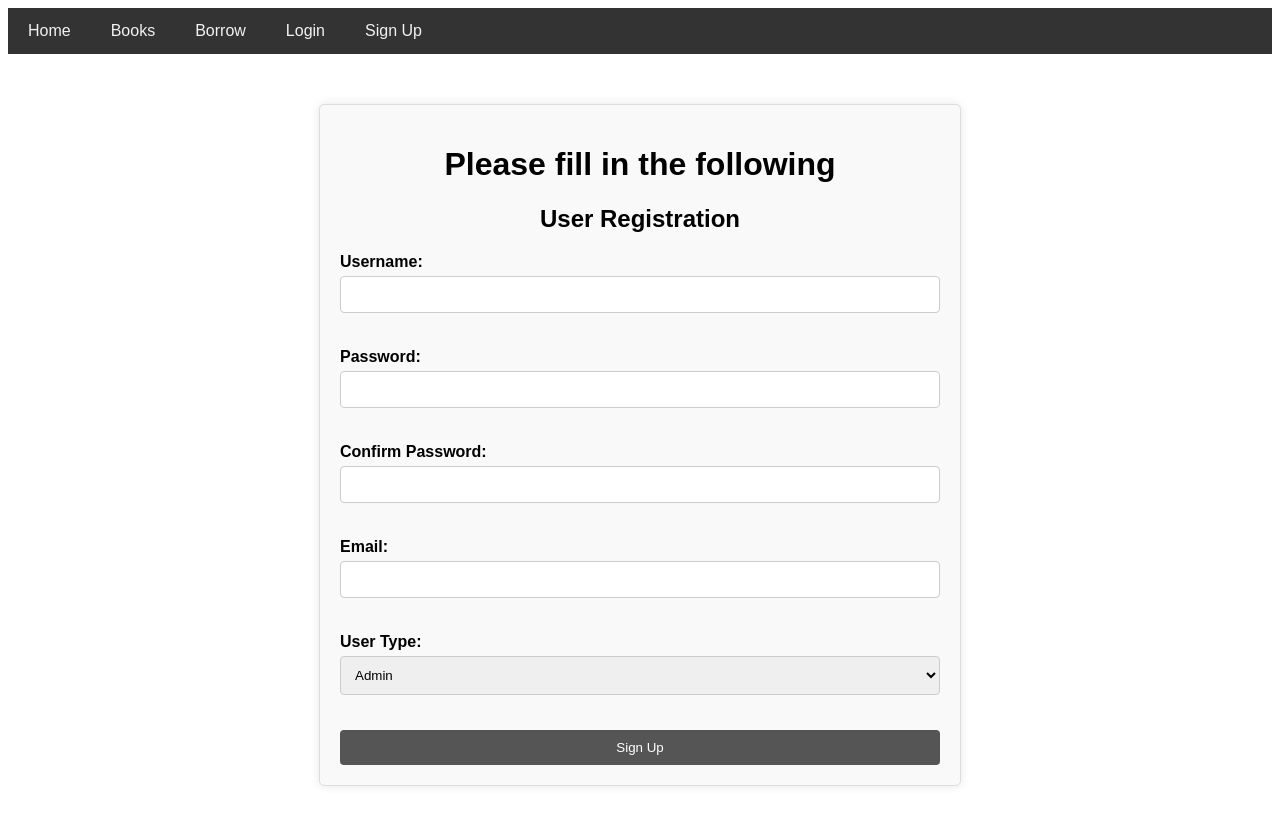
Repository: fadyesk12/Web-Technology-Course-Project
Page: auth/signup.html
An editor plug-in stored every save of this project. The page is shown before and after the next save, followed by the edit.
The browser window is 1280 px wide. The pictures show the whole page.
The pointer rests on the first visible `input[type="submit"]`.

Above is the page before, as saved 2024-04-19 02:36:32.

After the next save:
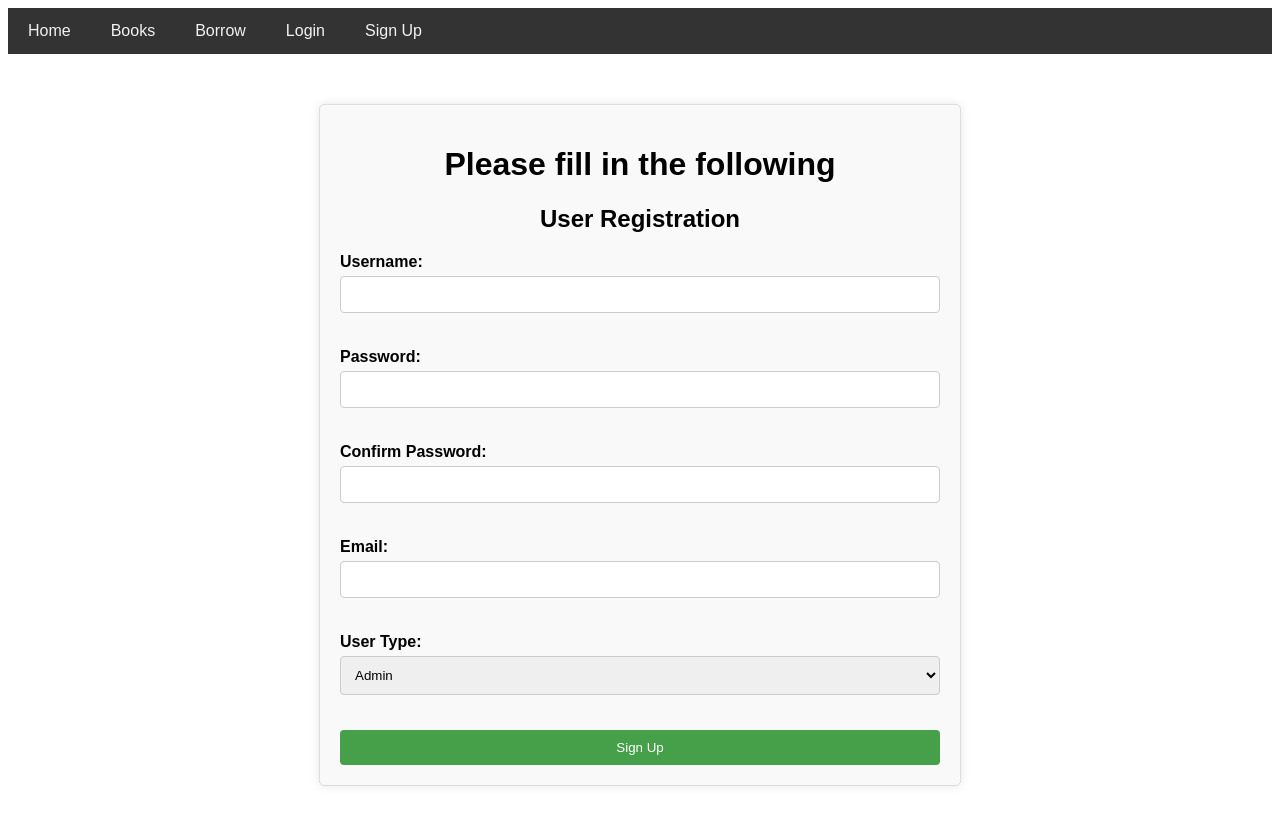
Saved 22 s later.
--- a/Styling/signup.css
+++ b/Styling/signup.css
@@ -73,5 +73,5 @@
   }
 
   input[type="submit"]:hover {
-    background-color: #555;
+    background-color: #45a049;
   }
